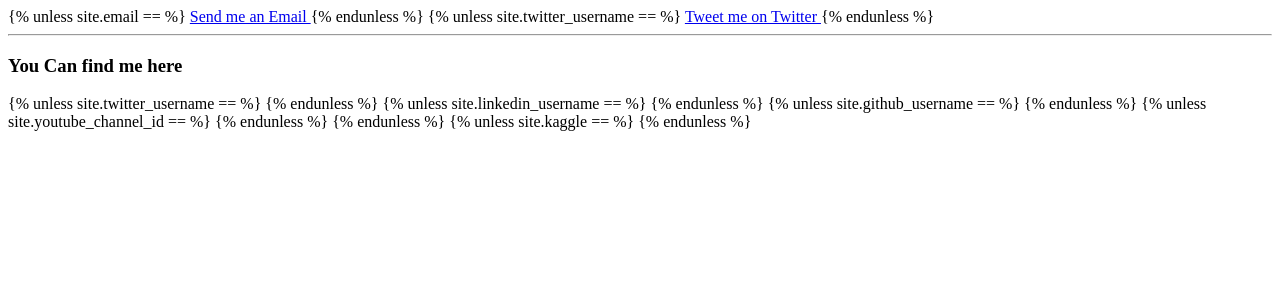
Repository: suprimregmi/suprimregmi.github.io
Page: _includes/contact.html
An editor plug-in stored every save of this project. The page is shown before and after the next save, followed by the edit.
The browser window is 1280 px wide. The pictures show the whole page.

Above is the page before, as saved 2023-11-29 14:48:14.

### _includes/contact.html
<section class="hero is-fullheight has-text-centered" id="contact">
    <div class="hero-body">
        <div class="container">
            <!-- {% unless site.facebook_username == %}
            <a id="contact-button" href="https://m.me/{{site.facebook_username}}"
                class="button is-rounded is-uppercase has-text-weight-normal is-black is-outlined has-text-weight-semibold column is-two-fifths"
                target="_blank">
                <i class="fab fa-facebook-messenger"></i>Ping me on Messenger
            </a>
            {% endunless %} -->
            {% unless site.email == %}
            <a id="contact-button" href="mailto:{{site.email}}"
                class="button is-rounded is-uppercase has-text-weight-normal is-black is-outlined has-text-weight-semibold column is-two-fifths"
                target="_blank">
                <i class="fas fa-envelope"></i>Send me an Email
            </a>
            {% endunless %}
            {% unless site.twitter_username == %}
            <a id="contact-button" href="https://www.twitter.com/intent/tweet?screen_name={{site.twitter_username}}"
                class="button is-rounded is-uppercase has-text-weight-normal is-black is-outlined has-text-weight-semibold column is-two-fifths"
                target="_blank">
                <i class="fab fa-twitter"></i>Tweet me on Twitter
            </a>
            {% endunless %}
            <hr>
            <h3 class="is-size-5 is-uppercase has-text-weight-semibold has-text-black is-marginless">
                You Can find me here
            </h3>
            <div class="column is-full is-size-3">
                <!-- {% unless site.facebook_username == %}
                <a href="http://www.facebook.com/{{site.facebook_username}}" target="_blank" class="has-text-black"><i class="fab fa-facebook"></i></a>
                {% endunless %} -->
                {% unless site.twitter_username == %}
                <a href="https://twitter.com/intent/user?screen_name={{site.twitter_username}}" target="_blank" class="has-text-black"><i class="fab fa-twitter"></i></a>
                {% endunless %}
                <!-- {% unless site.instagram_username ==  %}
                <a href="http://www.instagram.com/{{site.instagram_username}}" target="_blank" class="has-text-black"><i class="fab fa-instagram"></i></a>
                {% endunless %} -->
                {% unless site.linkedin_username ==  %}
                <a href="http://www.linkedin.com/in/{{site.linkedin_username}}" target="_blank" class="has-text-black"><i class="fab fa-linkedin"></i></a>
                {% endunless %}
                {% unless site.github_username ==  %}
                <a href="http://www.github.com/{{site.github_username}}" target="_blank" class="has-text-black"><i class="fab fa-github"></i></a>
                {% endunless %}
                {% unless site.youtube_channel_id ==  %}
                <a href="http://www.youtube.com/channel/{{site.youtube_channel_id}}" target="_blank" class="has-text-black"><i class="fab fa-youtube"></i></a>
                {% endunless %}
                <!-- {% unless site.reddit_username ==  %}
                <a href="http://www.reddit.com/u/{{site.reddit_username}}" target="_blank" class="has-text-black"><i class="fab fa-reddit"></i></a>
                {% endunless %} -->
                <!-- {% unless site.behance_username ==  %}
                <a href="http://www.behance.com/{{site.behance_username}}" target="_blank" class="has-text-black"><i class="fab fa-behance"></i></a>
                {% endunless %} -->
                <!-- {% unless site.dribbble_username ==  %}
                <a href="http://www.dribbble.com/{{site.dribbble_username}}" target="_blank" class="has-text-black"><i class="fab fa-dribbble"></i></a>
                {% endunless %}
                {% unless site.spotify_username ==  %}
                <a href="http://open.spotify.com/user/{{site.spotify_username}}" target="_blank" class="has-text-black"><i class="fab fa-spotify"></i></a>
                {% endunless %} -->
                {% endunless %}
                {% unless site.kaggle ==  %}
                <a href="https://www.kaggle.com/suprimregmi/Home" target="_blank" class="has-text-black"><i class="fab fa-kaggle"></i></a>
                {% endunless %}
            </div>
        </div>
    </div>
</section>

After the next save:
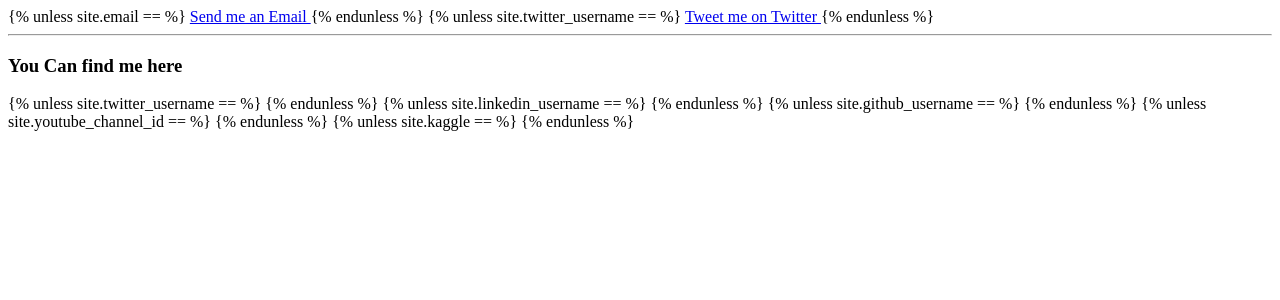
Saved 86 s later.
--- a/_includes/contact.html
+++ b/_includes/contact.html
@@ -57,10 +57,14 @@
                 {% unless site.spotify_username ==  %}
                 <a href="http://open.spotify.com/user/{{site.spotify_username}}" target="_blank" class="has-text-black"><i class="fab fa-spotify"></i></a>
                 {% endunless %} -->
-                {% endunless %}
+
                 {% unless site.kaggle ==  %}
                 <a href="https://www.kaggle.com/suprimregmi/Home" target="_blank" class="has-text-black"><i class="fab fa-kaggle"></i></a>
                 {% endunless %}
+                <!-- {% unless site.kaggle_username == '' %}
+  <a href="https://www.kaggle.com/{{ site.kaggle_username }}" target="_blank" class="has-text-black"><i class="fab fa-kaggle"></i></a>
+{% endunless %} -->
+
             </div>
         </div>
     </div>
